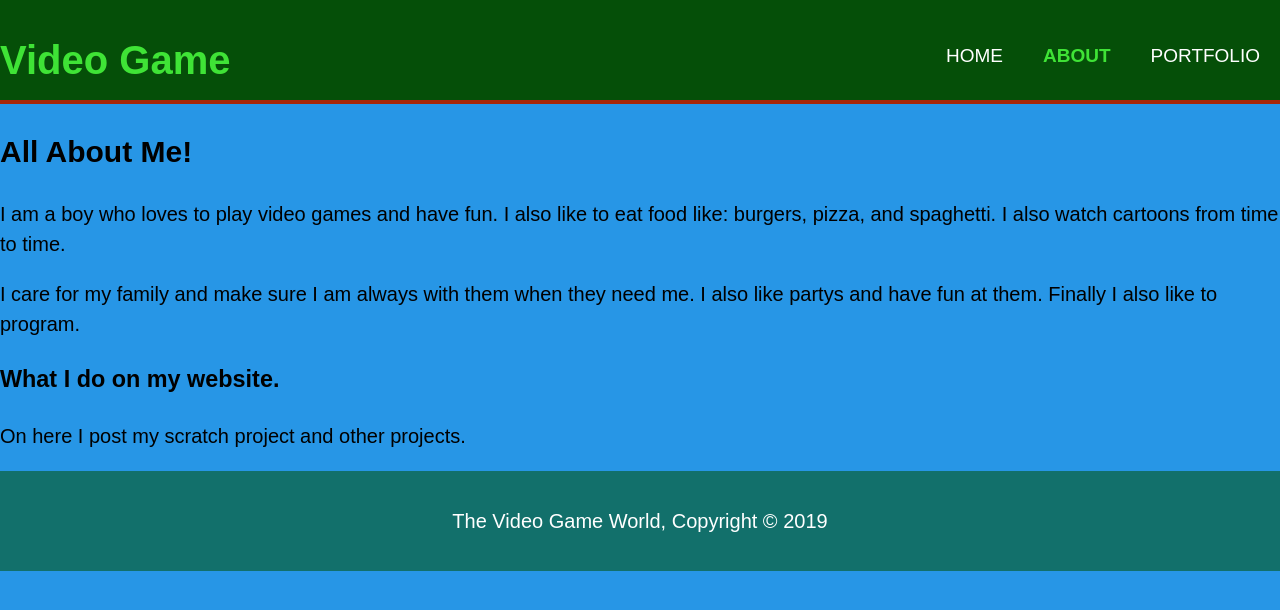
Repository: AndreeBroG/AndreeBroG.github.io
Page: about.html
The author's editor kept a record of every edit. The page is drawn from the files as they stood at one moment, then again after the next edit.
The browser window is 1280 px wide. The pictures show the whole page.

Above is the page before.

### about.html
<!Doctype Html>
<html>
  <head>
    <meta charset="utf=8">
    <meta name="viewport" content="width=device-width">

    <title>The Video Game World,About</title>
    <link rel="stylesheet" href="./Me Styles.css/My Styles.css">
    </head>
    <body>
      <header>
          <div class="container">
              <div id="branding">
                  <h1><span class="highlight">Video Game</span></h1>
              </div>
              <nav>
                 <ul>
                     <li><a href="index.html">Home</a></li>
                     <li class="current"><a href="about.html">About</a></li>
                     <li><a href="Portfolio.html">Portfolio</a></li>
                 </ul>
              </nav>
          </div>
      </header>


             <div class="mains">
                 <article id="mains">
                   <h1 class="the title">All About Me!</h1>
                   <p> I am a boy who loves to play video games and have fun. I also like to eat food like: burgers, pizza, and spaghetti. I also watch cartoons from time to time.
                   </p>
                   <p> I care for my family and make sure I am always with them when they need me. I also like partys and have fun at them. Finally I also like to program.

                   </p>

                 </article>

                 <aside id="side">
                  <h3>What I do on my website.</h3>
                  <p>On here I post my scratch project and other projects.</p>
                 </aside>



         <footer>
             <p>The Video Game World, Copyright &copy; 2019</p>
         </footer>
    </body>
    </html>

### Me Styles.css/My Styles.css
 body{
 	font-family: Arial, sans-serif;
 	font-size:20px;
 	line-height:1.5;
 	padding:0;
 	margin:0;
 	background-color:#2796e6;
 	}
  /* Global */
container{
 		width:95%;
 		margin:auto;
 		overflow:hidden;

 	}
 	ul{
 	    margin:0;
 	    padding:0;
 	}
 	header{
 		background:#054f08;
 		color:#ffffff;
 		padding-top:30px;
 		min-height:70px;
 		border-bottom:#a62607 4px solid;
 	}
 	header a{
 		color:#ffffff;
 		text-decoration:none;
 		text-transform: uppercase;
 		font-size:19px;
 	}
 	header li{
 	    float:left;
 	    display:inline;
 	    padding:0 20px 0 20px;
 	}
 	header #branding{
 	    float:left;
 	    }
 	header #branding h1{
 	    margin:0;
 	    }
 	  header nav{
 	      float:right;
 	      margin-top:10px;
 	  }
 	   header .highlight, header .current a{
 	       color:#3fe336;
 	       font-weight:bold;
 	   }
 	   header a:hover{
 	       color:#268ef0;
 	       font-weight:bold;
 	   }


 	   footer{
 	      padding:15px;
 	      margin-top:10px;
 	      color:#ffffff;
 	      background-color:#12706b;
 	      text-align:center;
 	   }

After the next edit:
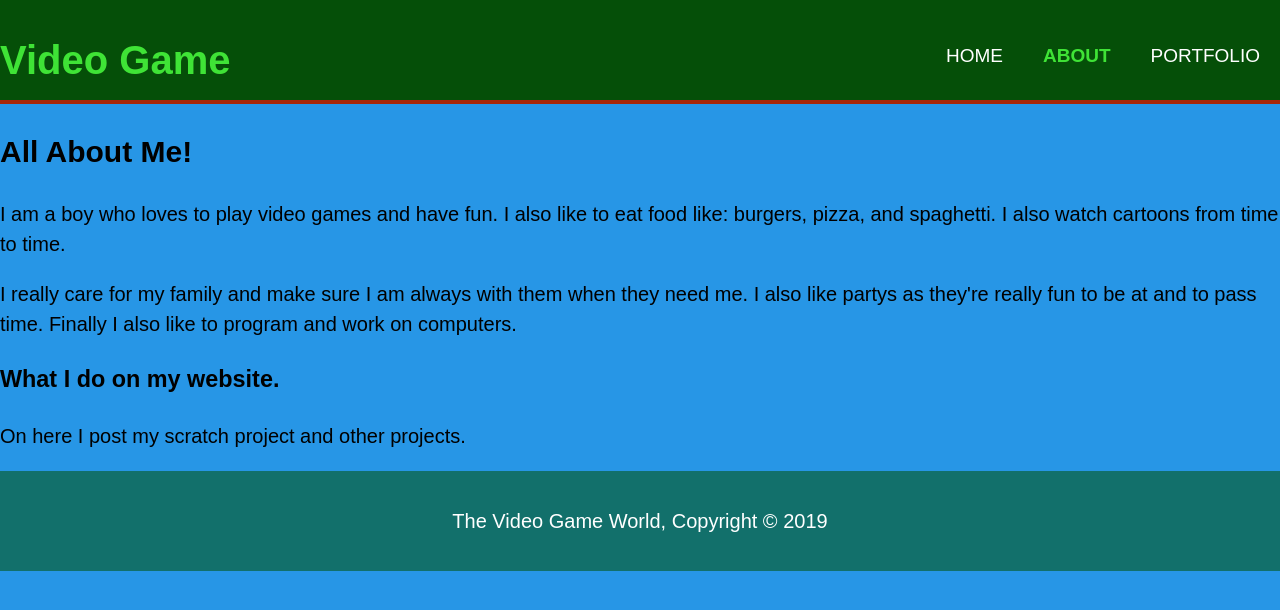
The edit:
--- a/about.html
+++ b/about.html
@@ -29,7 +29,7 @@
                    <h1 class="the title">All About Me!</h1>
                    <p> I am a boy who loves to play video games and have fun. I also like to eat food like: burgers, pizza, and spaghetti. I also watch cartoons from time to time.
                    </p>
-                   <p> I care for my family and make sure I am always with them when they need me. I also like partys and have fun at them. Finally I also like to program.
+                   <p> I really care for my family and make sure I am always with them when they need me. I also like partys as they're really fun to be at and to pass time. Finally I also like to program and work on computers.
 
                    </p>
 
